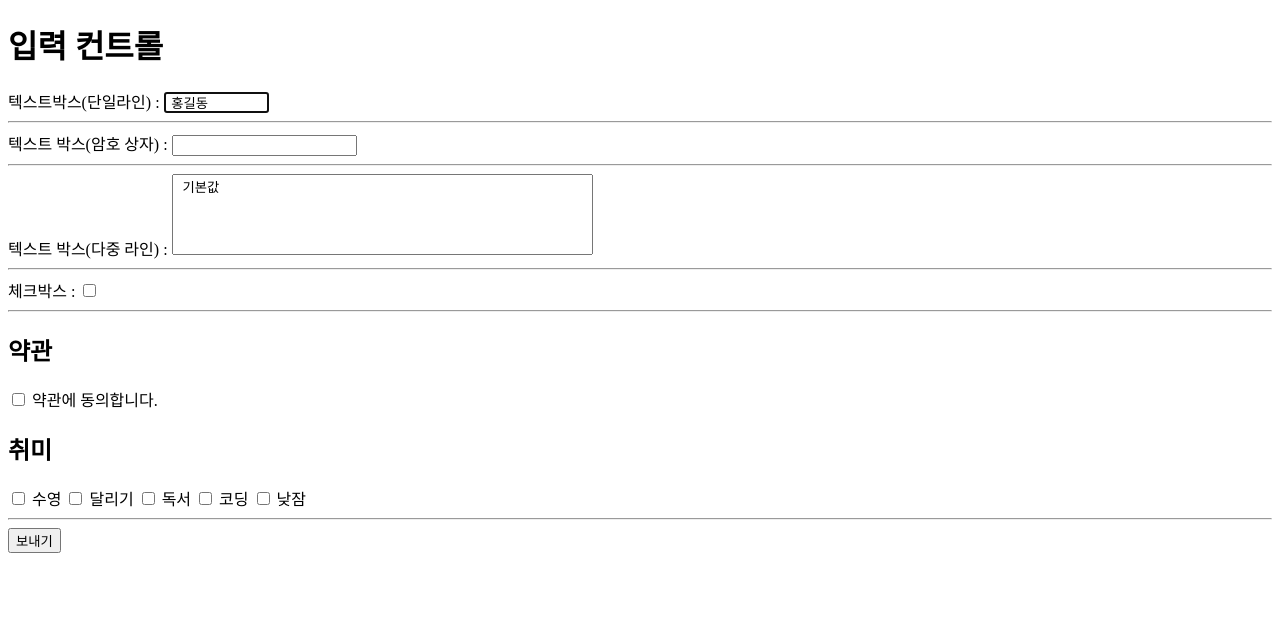
Repository: Hswwwww/WEB
Page: ClientTest/src/main/webapp/html/ex19_form.html
An editor plug-in stored every save of this project. The page is shown before and after the next save, followed by the edit.
The browser window is 1280 px wide. The pictures show the whole page.

Above is the page before, as saved 2024-03-14 01:38:01.

### ClientTest/src/main/webapp/html/ex19_form.html
<!DOCTYPE html>
<html>
<head>
<meta charset="UTF-8">
<title>Insert title here</title>
</head>
<body>
	<!--

		<form> 자식 태그
		- 입력 양식

		<input> 태그
		- 단독 태그
		- 인라인 태그
		- input.type : 입력 컨트롤의 종류
		- input.name : 서버로 전송할때 사용하는 식별자
		- input.id : 식별자. CSS, JavaScript에서 주로 사용
		- input.class : 식별자. CSS, JavaScript에서 주로 사용
		- input.size : 컨트롤의 너비 (입력받는 문자 수)
		- input.maxlength : 최대 입력 문자수 + 유효성 검사
		- input.value : 컨트롤의 입력값
		- input.readonly : 읽기 전용. 플래그형 + 입력 (x) + 서버 전송(o)
		- input.disabled : 비활성화. 플래그형 + 입력 (x) + 서버 전송 (x)
		- input.accesskey : 바로가기(니모닉) Alt + 키
		- input.autofocus : 자동 포커스
		- input.title: 풍선 도움말





	 -->

	<h1>입력 컨트롤</h1>

	<form action = "ex18.jsp">

		텍스트박스(단일라인) : <input type = "text" name = "data" id = "txt1" class = "txt"
					size = "10" maxlength = "5" value = " 홍길동" accesskey = "s" autofocus
					title = "이름을 입력하세요." >

		<hr>


		<!--

			암호 상자, Password Box, Masked TextBox
			- 모든 속성이 텍스트 박스와 동일
			- value 속성 사용 금지!!

		 -->

		 텍스트 박스(암호 상자) : <input type = "password">


		 <!--

		 	다중 라인 텍스트 박스
		 	- <textarea></textarea>
		 	- 쌍태그
		 	- 인라인 태그
		 	- 대부분의 속성은 텍스트와 동일
		 	- maxlength속성이 없다.
		 	- value 속성이 없다. > PCDATA로 적음 됨
		 	- 컨트롤러와 문서에서의 탭 성질이 다르게 적용됨 > 텍스트박스는 컨트롤러로 탭 하나하나 다 인식함

		  -->
		 <hr>
		 텍스트 박스(다중 라인) :
		 <textarea style = "resize:none;" cols="50" rows="5"> 기본값</textarea>




		<hr>
		<!--

			체크박스
			- 논리값 입력


		 -->


		체크박스 : <input type = "checkbox" >

		<hr>

		<h2>약관</h2>

		<!-- <input type = "checkbox" id = "cb1"><label for = "cb1">약관에 동의합니다. </label> -->
		<!-- 글자s를 눌러도 체크가 됨  -->

		<label><input type = "checkbox"> 약관에 동의합니다. </label>

		<h2> 취미</h2>
		<input type = "checkbox"> 수영
		<input type = "checkbox"> 달리기
		<input type = "checkbox"> 독서
		<input type = "checkbox"> 코딩
		<input type = "checkbox"> 낮잠



		<hr>
		<input type = "submit" value = "보내기">

	</form>

</body>

</html>

After the next save:
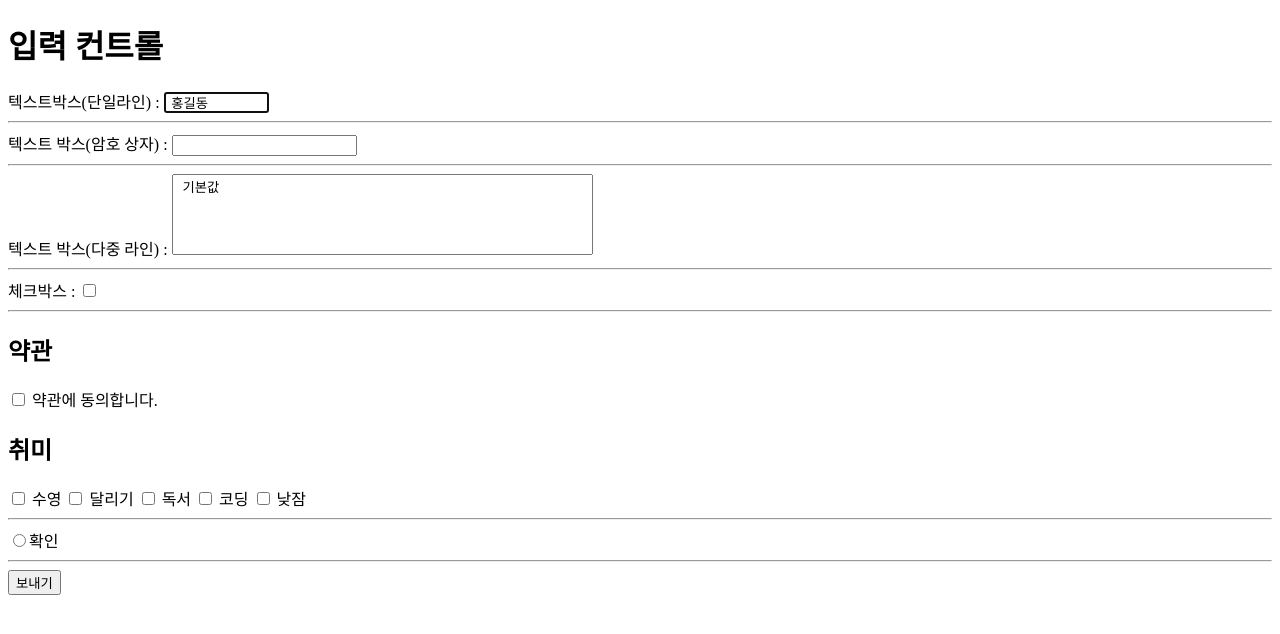
Saved 84 s later.
--- a/ClientTest/src/main/webapp/html/ex19_form.html
+++ b/ClientTest/src/main/webapp/html/ex19_form.html
@@ -101,7 +101,16 @@
 		<input type = "checkbox"> 코딩
 		<input type = "checkbox"> 낮잠
 
+		<hr>
 
+		<!--
+
+			라디오 버튼
+			- 단일값
+
+		 -->
+
+		<input type = "radio">확인
 
 		<hr>
 		<input type = "submit" value = "보내기">
